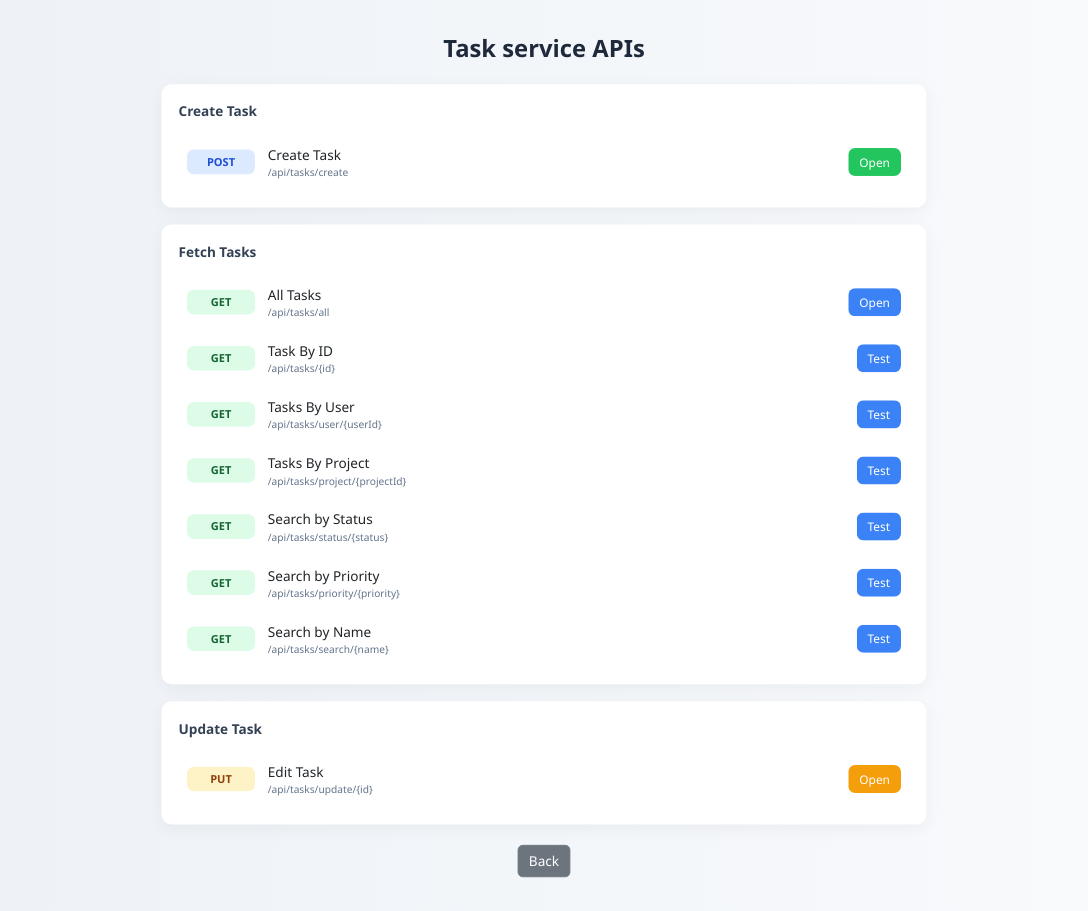
Repository: Rohan-911/task-management
Page: http://localhost/taskservice/task-endpoints
These files come from the project's save history. The page is drawn as it stood at one moment and after the next save; the edit follows.
The browser window is 1280 px wide. The pictures show the whole page, at 85% of full size.
The page is this project's Thymeleaf template; nobody is signed in. The template is opened directly, without the code that normally fills it, so the values that code supplies are empty.

Above is the page before, as saved 2026-04-20 05:58:07.

After the next save:
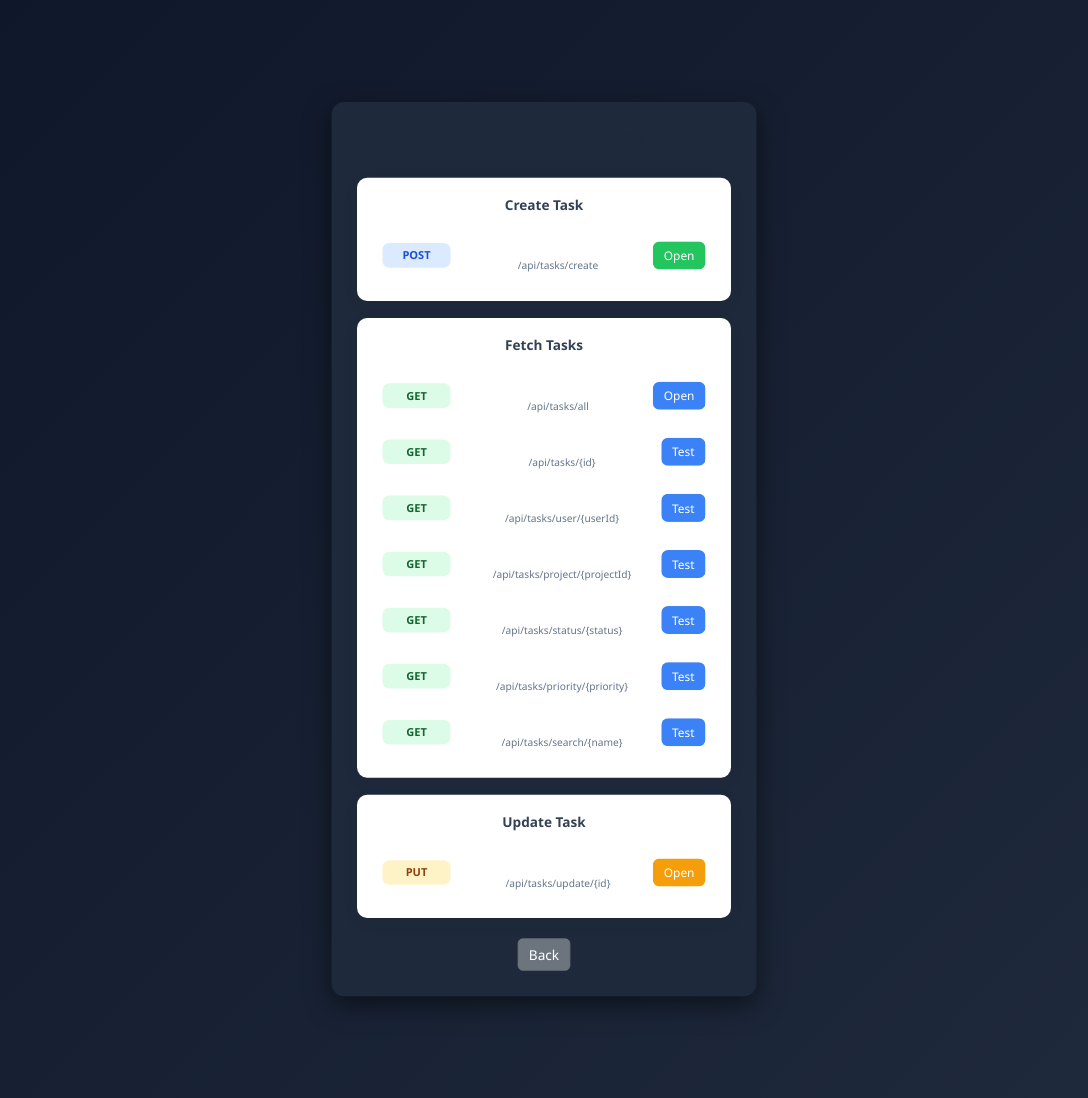
Saved 106 s later.
--- a/frontend/src/main/resources/templates/taskservice/task-endpoints.html
+++ b/frontend/src/main/resources/templates/taskservice/task-endpoints.html
@@ -6,16 +6,24 @@
 
     <link href="https://cdn.jsdelivr.net/npm/bootstrap@5.3.0/dist/css/bootstrap.min.css" rel="stylesheet">
 
-    <style>
-        body {
-            background: linear-gradient(to right, #eef2f7, #f8fafc);
-            font-family: 'Segoe UI', sans-serif;
-        }
-
-        .container-box {
-            max-width: 900px;
-            margin: 40px auto;
-        }
+	<style>
+	        body {
+	            background: linear-gradient(135deg, #0f172a, #1e293b);
+	            color: white;
+	            font-family: 'Segoe UI', sans-serif;
+	        }
+
+	        .container-box {
+	            max-width: 500px;
+	            margin: 120px auto;
+	            padding: 30px;
+	            border-radius: 15px;
+	            background: #1e293b;
+	            text-align: center;
+	            box-shadow: 0 10px 30px rgba(0,0,0,0.5);
+	        }
+
+
 
         /* HEADER */
         .page-title {
